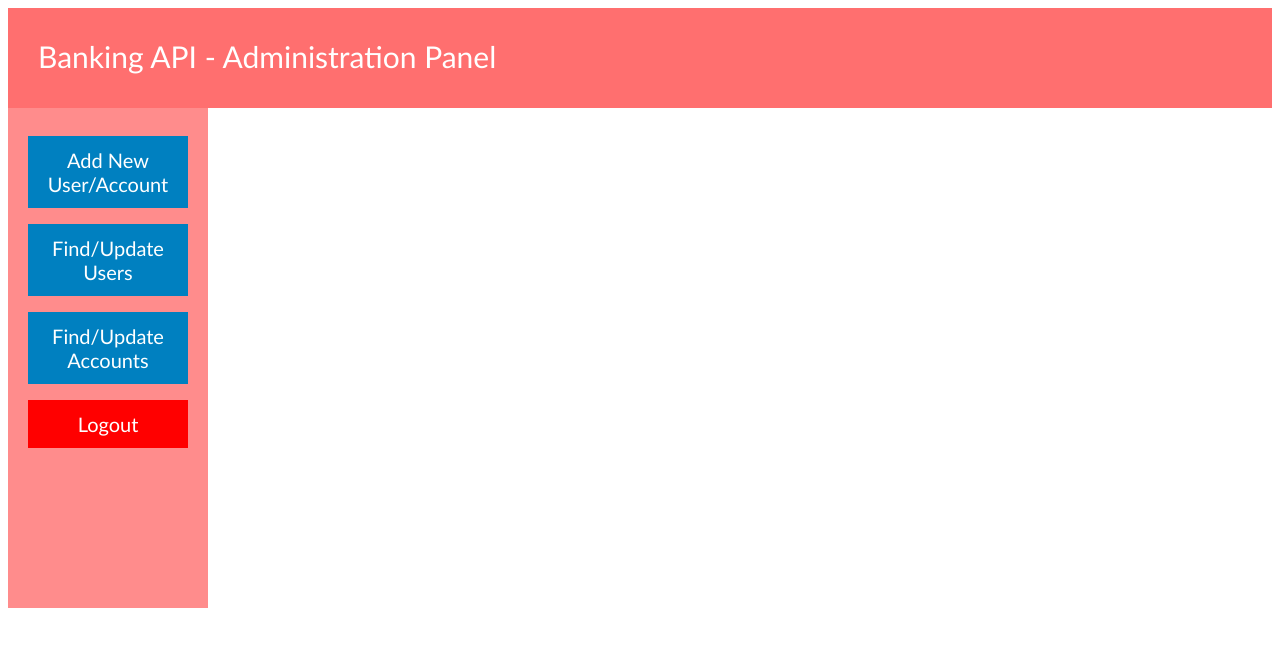
Repository: kennyufish/Revature_ROCP1_Project_Banking_API
Page: banking_api/src/main/webapp/adminInfo.html
These files come from the project's save history. The page is drawn as it stood at one moment and after the next save; the edit follows.
The browser window is 1280 px wide. The pictures show the whole page.

Above is the page before, as saved 2020-10-14 17:53:38.

### banking_api/src/main/webapp/adminInfo.html
<!DOCTYPE html>
<html>
<head>
<meta charset="ISO-8859-1">
<meta name="viewport" content="width=device-wirdth, initial-scale=1">
<link rel="stylesheet" type="text/css" href="bankapi.css"/>
<style>
* {
	font-size: 20px;
}
header{
	background-color: #ff3333;
}
.subHeading1, th {
	background-color: #ff0000;
}
nav{
	background-color: #ff8c8c;
}
article{
	background-color: #ffd0d0;
}
button {
	background-color: #0080c0;
}
</style>
<title>Admin/Employee Panel</title>
</head>
<body>
	<header>Banking API - Administration Panel</header>
	<section>
		<nav >
			<form action="addUserAccount" method="post">
				<button type="submit">Add New User/Account</button>
			</form>
			<form action="findUpdateUsers" method="get">
				<button type="submit">Find/Update Users</button>
			</form>
			<form action="findUpdateAccounts" method="post">
				<button type="submit">Find/Update Accounts</button>
			</form>
			<form action="logout" method="post">
				<button class="logoutButton" type="submit">Logout</button>
			</form>
		</nav>
	</section>

</body>
</html>

### banking_api/src/main/webapp/bankapi.css
* {
	font-family: "Trebuchet MS", Arial, Helvetica, sans-serif;
	box-sizing: border-box;
}

.loginInput {
	width: 100%;
	padding: 10px 15px;
	margin: 8px 0;
	display: inline-block;
	boxing-sizing: border-box;
}

.loginLayout {
	font-size: 20px;
	background-color: powderblue;
	border: 2px solid black;
	padding: 30px;
	width: 35%;
	margin: 20px auto;
}

.topNoticeGreen {
	color: black;
	background-color: green;
	width: 100%;
	padding: 20px;
	text-align: center;
}

.topNoticeWarning {
	color: black;
	background-color: red;
	width: 100%;
	padding: 20px;
	text-align: center;
}

.topNoticeUpdateSuccess {
	color: white;
	background-color: green;
	width: 100%;
	padding: 20px;
	text-align:left;
}

.topNoticeUpdateFail {
	color: black;
	background-color: red;
	width: 100%;
	padding: 20px;
	text-align:left;
}

.userInfoHeader {
	background-color: #007AA6;
}

.userModifyInput {
	width: 100%;
}

.UserLayout {
	font-size: 20px;
	background-color: powderblue;
	border: 2px solid black;
	padding: 20px;
	width: 100%;
	height: 550px;
	margin: 0 auto;
}

.logoutButton {
	background-color: red;
	color: white;
	padding: 12px 15px;
	margin: 8px 0;
	border: none;
	cursor: pointer;
	width: 100%;
}

.subHeading1 {
	font-size: 25px;
	background-color: #007AA6;
	color: white;
	padding: 12px 10px;
	margin: 8px 0;
	border: none;
	width: 800px;
	display: block;
}

.smallButton {
	background-color: #804000;
	color: white;
	padding: 12px 10px;
	margin: 8px 0;
	margin-right:8px;
	border: none;
	cursor: pointer;
	width: 150px;
}

.smallButtonFullWidth {
	background-color: #804000;
	color: white;
	padding: 12px 10px;
	margin: 8px 0;
	margin-right:8px;
	border: none;
	cursor: pointer;
	width: 100%;
}

.findBar{
	width: 640px;
	display: inline;
	float: left;
	border-style:hidden;
}

.findButton{
	float:left;
	margin-left:10px;
}

div.smallFont{
	font-size = 10px;
}

/*Common styling*/
header{
	opacity: 0.7;
	color: white;
	padding: 30px;
	font-size: 30px;
	height: 100px;
	width: 100%;
}
nav{
	float: left;
	width: 200px;
	background-color: #5BBCDF;
	padding: 20px;
	height: 500px;
}
article {
	witdth: 100%;
	height: 500px;
	background-color: powderblue;
	padding: 20px;
	margin-left: 200px;
	overflow: auto;
}

th {
	background-color: #007AA6;
	color: white;
}

tr:hover {
	background-color: #7FA574;
}

table, td, th {
	border-collapse: collapse;
	text-align: left;
	border: 1px solid black;
	padding: 8px 15px;
	width:800px;
}

button {
	background-color: #7FA574;
	color: white;
	padding: 12px 10px;
	margin: 8px 0;
	border: none;
	cursor: pointer;
	width: 100%;
}

button:hover {
	opacity: 0.7
}

After the next save:
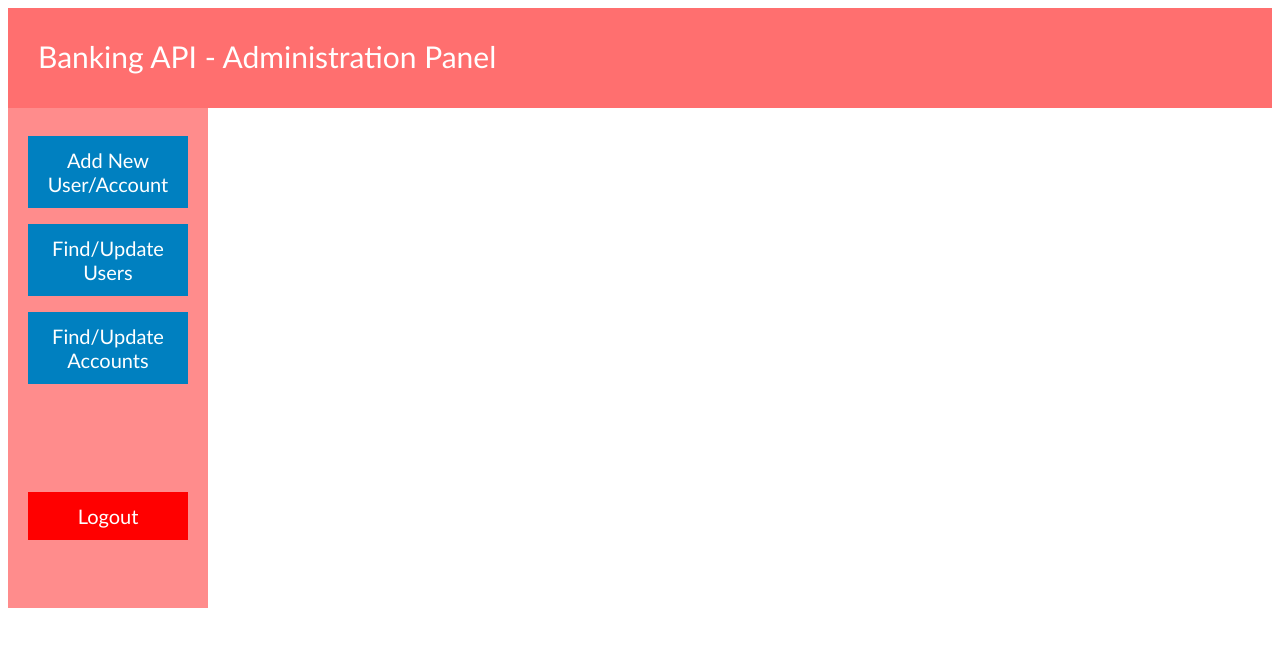
Saved 50 s later.
--- a/banking_api/src/main/webapp/adminInfo.html
+++ b/banking_api/src/main/webapp/adminInfo.html
@@ -40,7 +40,7 @@ button {
 				<button type="submit">Find/Update Accounts</button>
 			</form>
 			<form action="logout" method="post">
-				<button class="logoutButton" type="submit">Logout</button>
+				<button class="logoutButton" style="margin-top:100px;" type="submit">Logout</button>
 			</form>
 		</nav>
 	</section>
